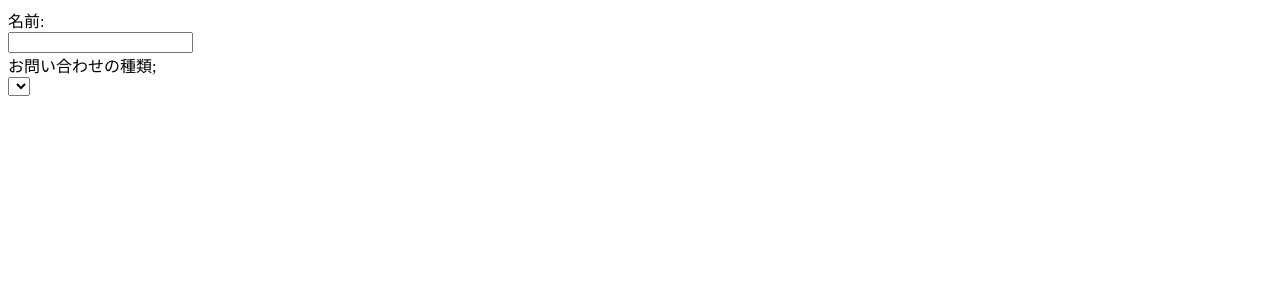
Repository: hmori696/test
Page: http://localhost/HelloServlet/inquiry.jsp
These files come from the project's save history. The page is drawn as it stood at one moment and after the next save; the edit follows.
The browser window is 1280 px wide. The pictures show the whole page.
The page is served by Tomcat 9.

Above is the page before, as saved 2019-09-04 09:59:14.

After the next save:
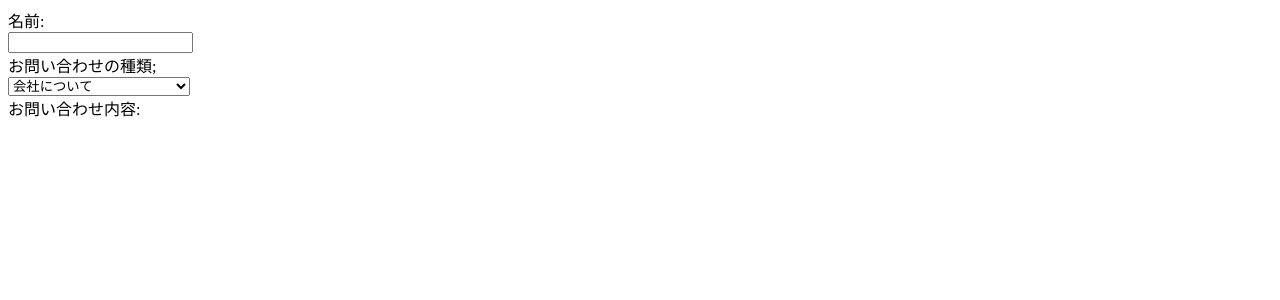
Saved 2 min 23 s later.
--- a/HelloServlet/WebContent/inquiry.jsp
+++ b/HelloServlet/WebContent/inquiry.jsp
@@ -10,13 +10,11 @@
    <form method="post"action="InquiryServlet">
          名前:<br><input type="text"name="name"><br>
          お問い合わせの種類;<br><select name="qtype">
+              <option value="company">会社について</option>
+              <option value="product">製品について</option>
+              <option value="support">アフターサポートについて</option>
+         </select><br>お問い合わせ内容:<br>
 
-
-
-
-
-
-         </select>
 
 
 
